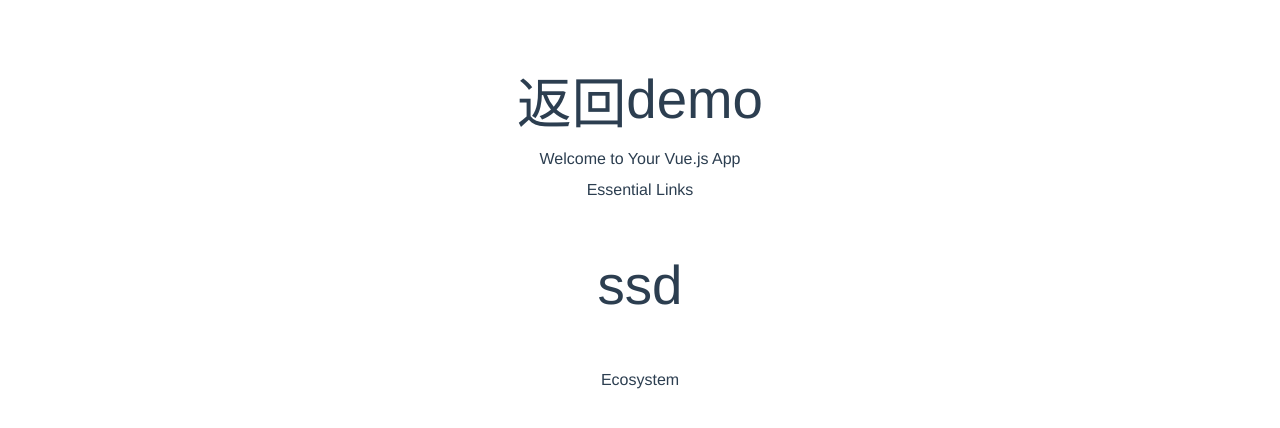
Repository: rechard-work/h5-app-communication
Page: /
An editor plug-in stored every save of this project. The page is shown before and after the next save, followed by the edit.
The browser window is 1280 px wide. The pictures show the whole page.
The project was rebuilt for these pictures with package versions that can differ from the ones it lists, and the page was loaded fresh each time.

Above is the page before, as saved 2020-07-10 17:43:29.

### src/main.js
// The Vue build version to load with the `import` command
// (runtime-only or standalone) has been set in webpack.base.conf with an alias.
import './common/js/rem'

import Vue from 'vue'
import App from './App'
import router from './router'

import Bridge from './common/js/jsBridge.js'
Vue.prototype.$bridge = Bridge

Vue.config.productionTip = false

/* eslint-disable no-new */
new Vue({
  el: '#app',
  router,
  components: { App },
  template: '<App/>'
})

### src/common/js/rem.js
/* eslint-disable */
;(function(window) {
  const baseSize = 32
  // 设置 rem 函数
  function setRem () {
    // 当前页面宽度相对于 750 宽的缩放比例，可根据自己需要修改。
    const scale = document.documentElement.clientWidth / 750
    // 设置页面根节点字体大小
    document.documentElement.style.fontSize = (baseSize * Math.min(scale, 2)) + 'px'
  }
  // 初始化
  setRem()
  // 改变窗口大小时重新设置 rem
  window.onresize = function () {
    setRem()
  }
})(window)

### src/common/js/jsBridge.js
let isAndroid = navigator.userAgent.indexOf('Android') > -1 || navigator.userAgent.indexOf('Adr') > -1
let isiOS = !!navigator.userAgent.match(/\(i[^;]+;( U;)? CPU.+Mac OS X/)

// 这是必须要写的，用来创建一些设置
function setupWebViewJavascriptBridge (callback) {
  // Android使用
  if (isAndroid) {
    if (window.WebViewJavascriptBridge) {
      callback(window.WebViewJavascriptBridge)
    } else {
      document.addEventListener(
        'WebViewJavascriptBridgeReady',
        () => {
          callback(window.WebViewJavascriptBridge)
        },
        false
      )
    }
    sessionStorage.phoneType = 'android'
  }

  // iOS使用
  if (isiOS) {
    if (window.WebViewJavascriptBridge) {
      return callback(window.WebViewJavascriptBridge)
    }
    if (window.WVJBCallbacks) {
      return window.WVJBCallbacks.push(callback)
    }
    window.WVJBCallbacks = [callback]
    var WVJBIframe = document.createElement('iframe')
    WVJBIframe.style.display = 'none'
    WVJBIframe.src = 'wvjbscheme://__BRIDGE_LOADED__'
    document.documentElement.appendChild(WVJBIframe)
    setTimeout(() => {
      document.documentElement.removeChild(WVJBIframe)
    }, 0)
    sessionStorage.phoneType = 'ios'
  }
}
// 注册回调函数，第一次连接时调用 初始化函数(android需要初始化,ios不用)
setupWebViewJavascriptBridge((bridge) => {
  if (isAndroid) {
    // 初始化
    bridge.init((message, responseCallback) => {
      var data = {
        'Javascript Responds': 'Wee!'
      }
      responseCallback(data)
    })
  }
})

export default {
  // js调APP方法 （参数分别为:app提供的方法名  传给app的数据  回调）
  callHandler (name, data, callback) {
    setupWebViewJavascriptBridge((bridge) => {
      bridge.callHandler(name, data, callback)
    })
  },
  // APP调js方法 （参数分别为:js提供的方法名  回调）
  registerHandler (name, callback) {
    setupWebViewJavascriptBridge((bridge) => {
      bridge.registerHandler(name, (data, responseCallback) => {
        callback(data, responseCallback)
      })
    })
  }
}

### src/components/HelloWorld.vue
<template>
  <div class="hello">
    <van-nav-bar class="nav-bar">
      <div class="left-item" slot="left">
        <i class="icon-back" />
        <span>返回</span>
      </div>
      <div name="title" class="title" slot="title">
        <span>{{ title }}</span>
      </div>
    </van-nav-bar>
    <h1>{{ msg }}</h1>
    <h2>Essential Links</h2>
    <ul>
      <li>ssd</li>
    </ul>
    <h2>Ecosystem</h2>
  </div>
</template>

<script>
export default {
  name: "HelloWorld",
  data () {
    return {
      title: "demo",
      msg: "Welcome to Your Vue.js App"
    };
  },
  mounted() {
    this.appCall();
    this.callAPP();
  },
  methods: {
    // js调用app ==================================
    callAPP() {
      let param = {}; // JS给APP传得参数
      this.$bridge.callHandler("MSGetNativeInfo", param, res => {
        alert("获取app响应数据:" + res);
      });
    },
    // app调js =====================================
    // app调用js的方法 appCallJS, 需要注册
    appCall() {
      this.$bridge.registerHandler("appCallJS", (datas, responseCallback) => {
        alert("showStationList" + datas);
      });
    }
  }
};
</script>

<!-- Add "scoped" attribute to limit CSS to this component only -->
<style scoped>
.nav-bar {
  display: flex;
  justify-content:center;
  align-items: center;
}
h1,
h2 {
  font-weight: normal;
  font-size: 16px;
}
ul {
  list-style-type: none;
  padding: 0;
}
li {
  display: inline-block;
  margin: 0 30px;
}
a {
  color: #42b983;
}
</style>

Loaded but not shown: index.html (common file); src/App.vue (common file); src/router/index.js (common file)

After the next save:
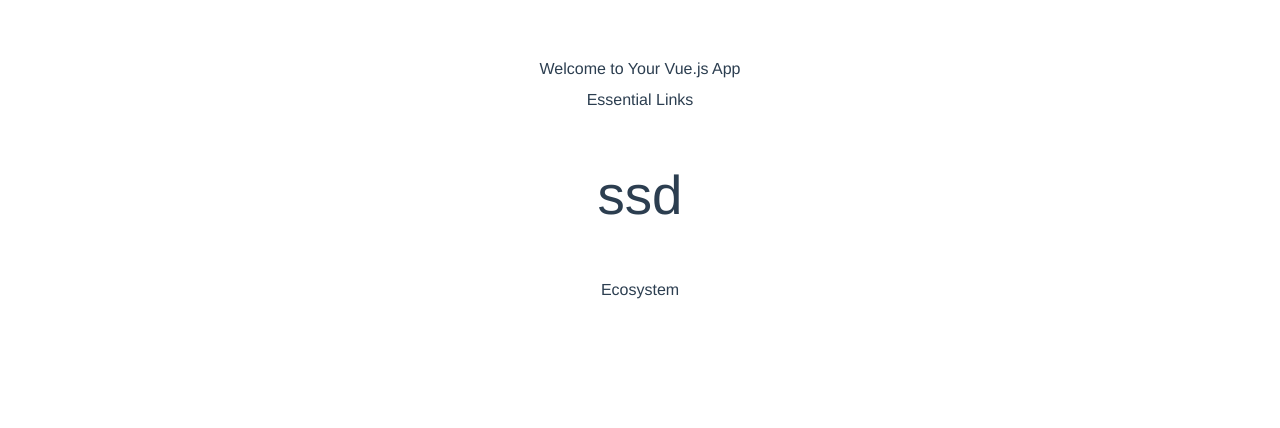
Saved 59 s later.
--- a/src/components/HelloWorld.vue
+++ b/src/components/HelloWorld.vue
@@ -1,14 +1,13 @@
 <template>
   <div class="hello">
-    <van-nav-bar class="nav-bar">
-      <div class="left-item" slot="left">
-        <i class="icon-back" />
-        <span>返回</span>
-      </div>
-      <div name="title" class="title" slot="title">
-        <span>{{ title }}</span>
-      </div>
-    </van-nav-bar>
+    <van-nav-bar
+      title="标题"
+      left-text="返回"
+      right-text="按钮"
+      left-arrow
+      @click-left="onClickLeft"
+      @click-right="onClickRight"
+    />
     <h1>{{ msg }}</h1>
     <h2>Essential Links</h2>
     <ul>
